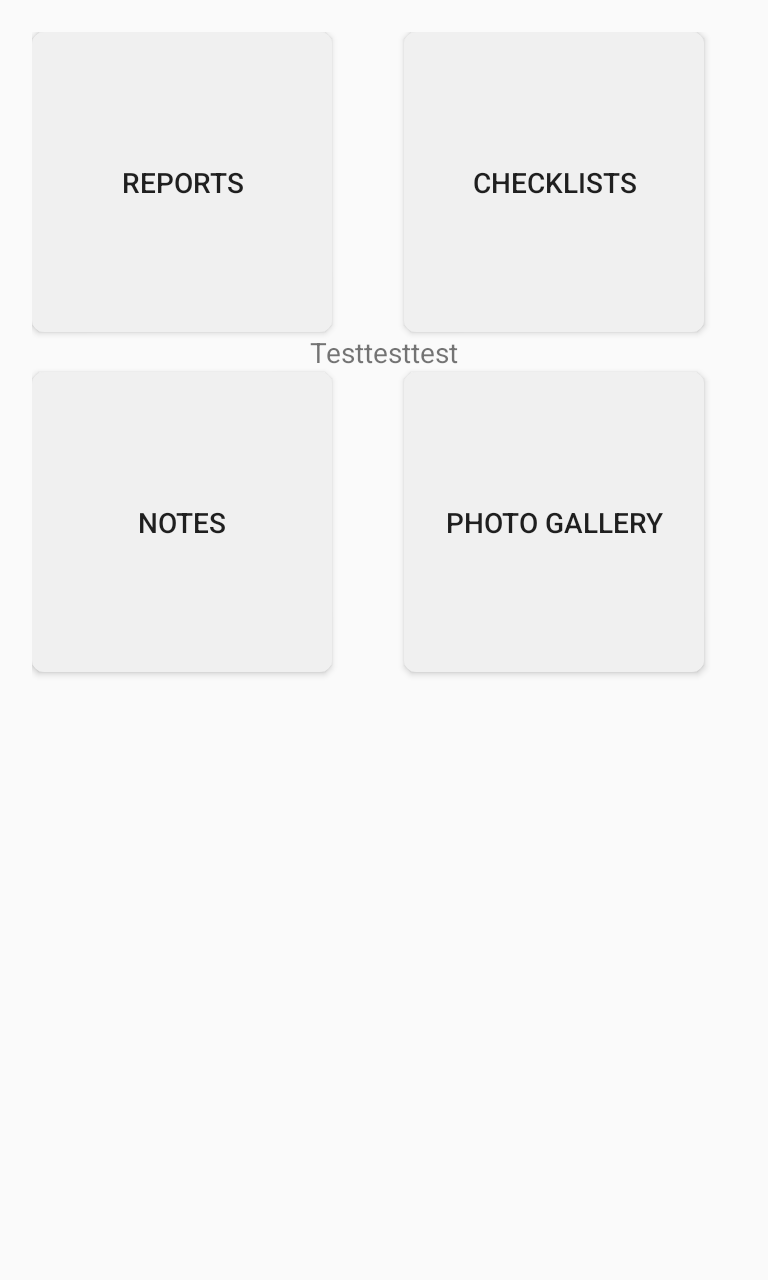
Repository: TheDizzler/shiny-octo-robot
Layout: Qdap/res/layout/fragment_categories.xml
An editor plug-in stored every save of this project. The layout is shown before and after a run of saves, followed by the edit.
It is drawn on a 768 x 1280 px phone screen (xhdpi) without system bars, with theme AppTheme; the app's code is not run.

Above is the layout before, as saved 2014-05-14 23:39:32.

After the next 2 saves:
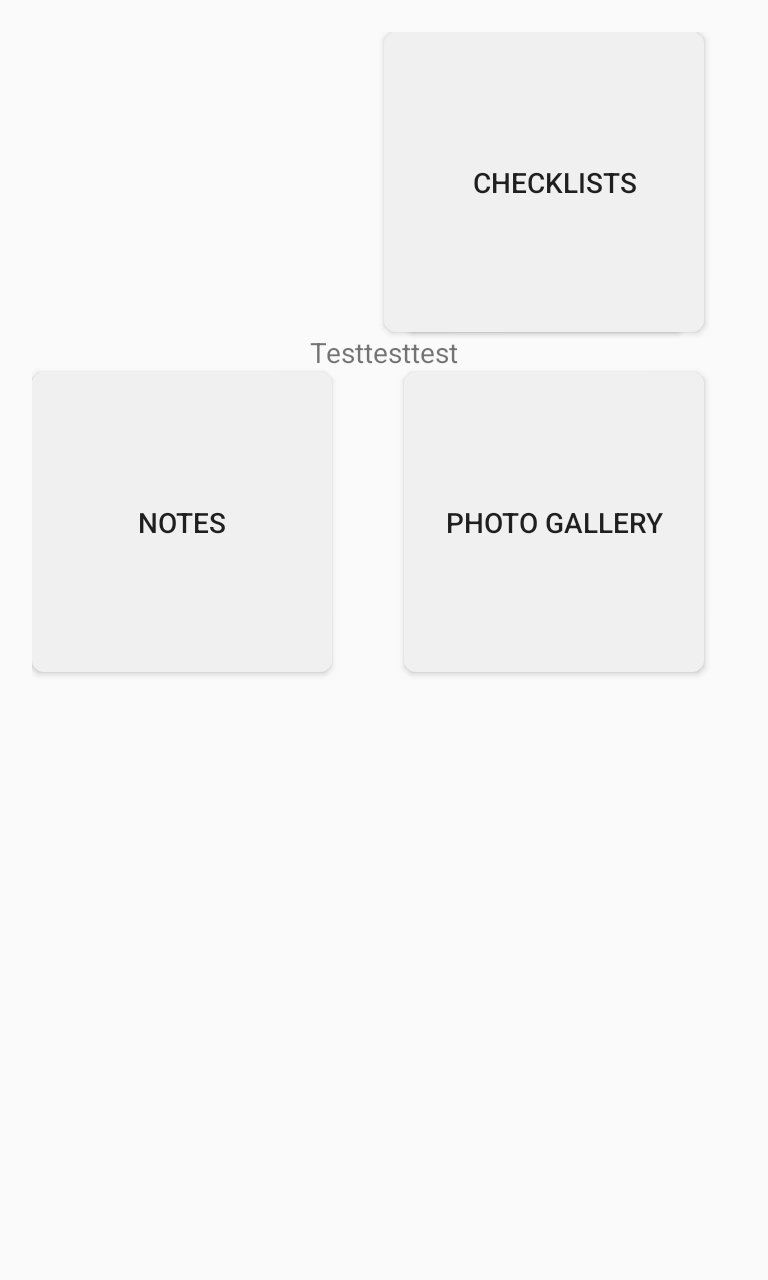
The 2 saves are shown as one change because 1 did not build or start.
The last was saved 64 s later.
--- a/Qdap/res/layout/fragment_categories.xml
+++ b/Qdap/res/layout/fragment_categories.xml
@@ -17,6 +17,7 @@
         android:id="@+id/project_name"
         android:layout_width="wrap_content"
         android:layout_height="wrap_content"
+        android:layout_column="0"
         android:layout_columnSpan="2"
         android:layout_gravity="center"
         android:layout_rowSpan="2"
@@ -31,7 +32,7 @@
         android:id="@+id/reports"
         android:layout_width="150dp"
         android:layout_height="150dp"
-        android:layout_column="0"
+        android:layout_column="1"
         android:layout_gravity="center"
         android:layout_marginBottom="10dp"
         android:layout_marginRight="10dp"

After the save that followed:
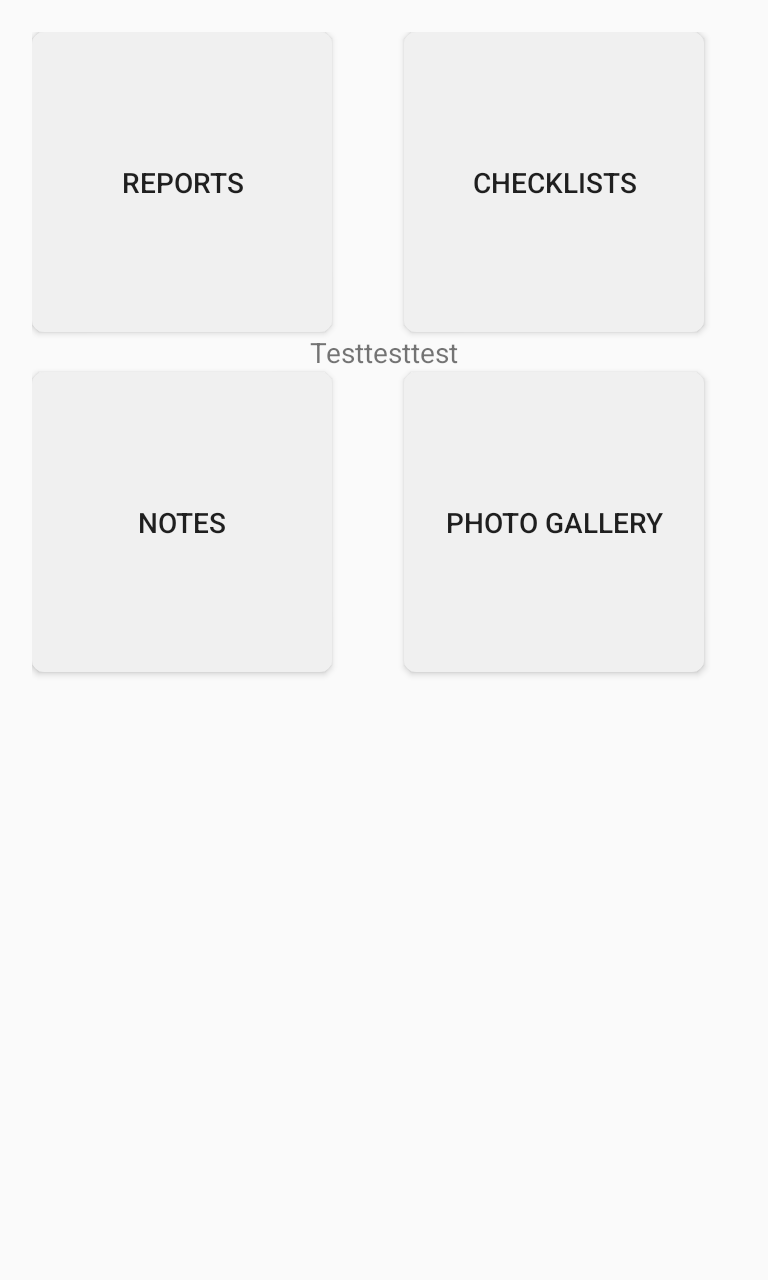
Saved 18 s later.
--- a/Qdap/res/layout/fragment_categories.xml
+++ b/Qdap/res/layout/fragment_categories.xml
@@ -17,7 +17,7 @@
         android:id="@+id/project_name"
         android:layout_width="wrap_content"
         android:layout_height="wrap_content"
-        android:layout_column="0"
+        android:layout_row="0"
         android:layout_columnSpan="2"
         android:layout_gravity="center"
         android:layout_rowSpan="2"
@@ -32,7 +32,7 @@
         android:id="@+id/reports"
         android:layout_width="150dp"
         android:layout_height="150dp"
-        android:layout_column="1"
+        android:layout_column="0"
         android:layout_gravity="center"
         android:layout_marginBottom="10dp"
         android:layout_marginRight="10dp"
